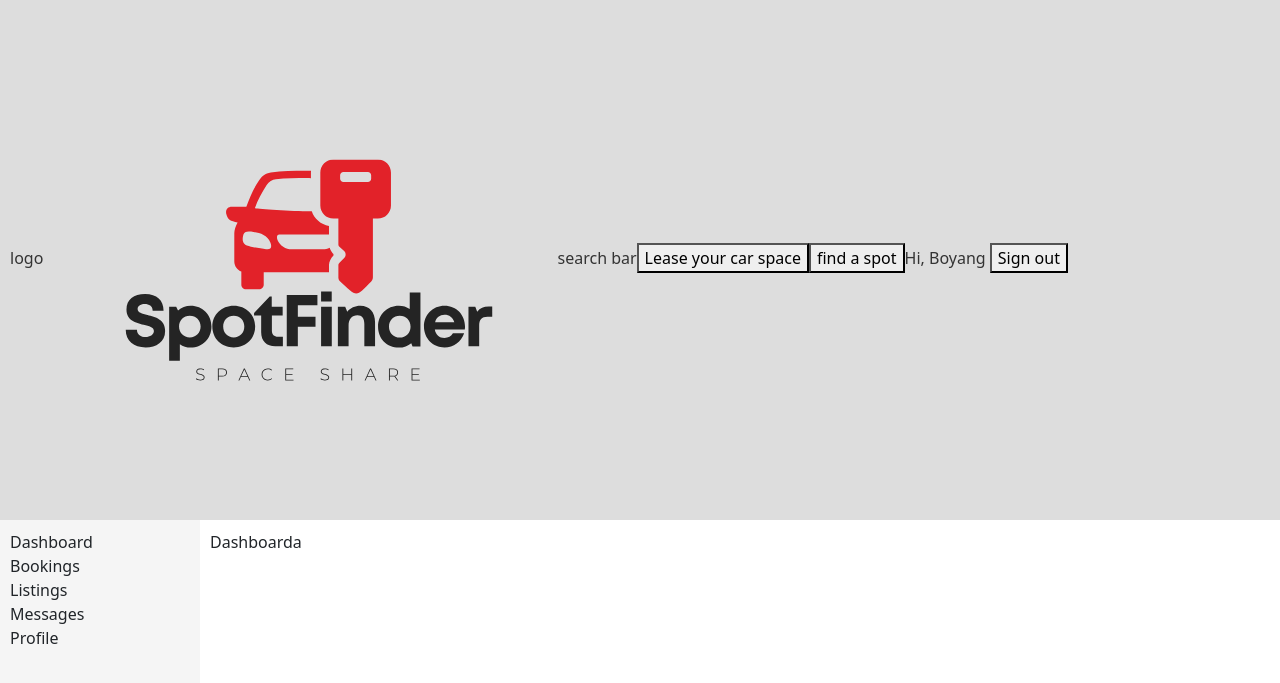
Repository: UNSWSpotFinder/SpotFinder
Page: /dashboard (app in frontend/)
These files come from the project's save history. The page is drawn as it stood at one moment and after the next save; the edit follows.
The browser window is 1280 px wide. The pictures show the whole page.
The project was rebuilt for these pictures with package versions that can differ from the ones it lists, and the page was loaded fresh each time. Also part of the build but not shown: frontend/src/Login.css, frontend/src/Login.jsx, frontend/src/Regist.css, frontend/src/Regist.jsx, frontend/src/HomePage.jsx, frontend/src/App.css, frontend/src/components/Bookings.jsx, frontend/src/components/Listings.jsx and 2 more.

Above is the page before, as saved 2024-03-09 18:48:24.

After the next save:
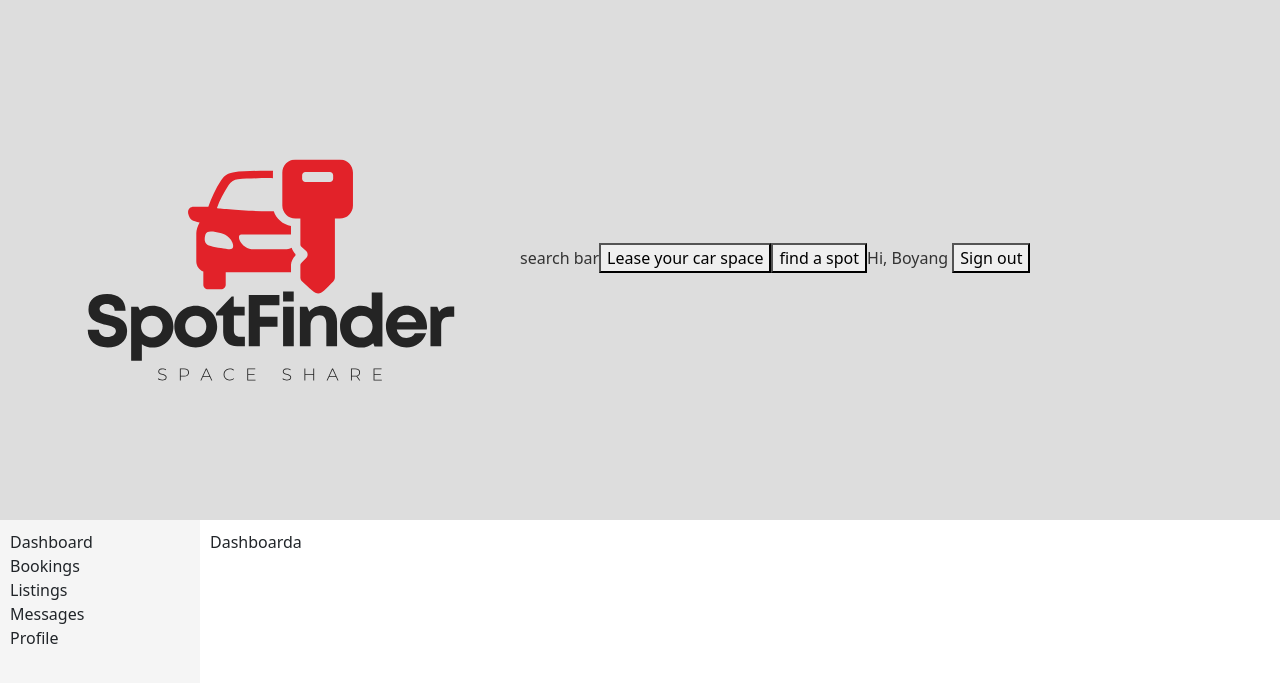
Saved 69 s later.
--- a/frontend/src/components/DashboardTop.jsx
+++ b/frontend/src/components/DashboardTop.jsx
@@ -6,7 +6,6 @@ const DashboardTop = () => {
   return (
     <div className="dashboard-top">
       <div className="top-nav">
-        <span>logo </span>
         <img src='/img/LOGO.svg' className='Applogo'></img>
         <span>search bar</span>
         <button>Lease your car space</button>
